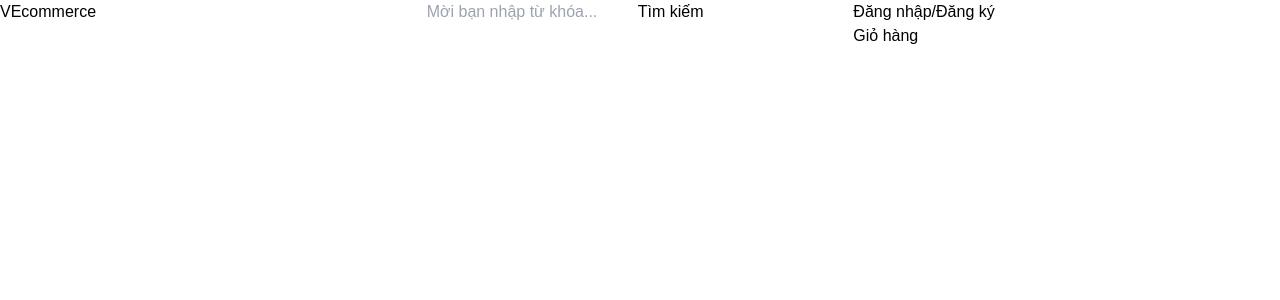
Repository: thienthanhvinh/VEcommerce
Page: public/home.html
An editor plug-in stored every save of this project. The page is shown before and after a run of saves, followed by the edit.
The browser window is 1280 px wide. The pictures show the whole page.

Above is the page before, as saved 2022-11-18 12:47:11.

### public/home.html
<!DOCTYPE html>
<html lang="en">
  <head>
    <meta charset="UTF-8" />
    <meta http-equiv="X-UA-Compatible" content="IE=edge" />
    <meta name="viewport" content="width=device-width, initial-scale=1.0" />
    <title>VEcommerce</title>
    <link rel="stylesheet" href="./css/tailwind.css" />
    <link rel="preconnect" href="https://fonts.googleapis.com" />
    <link rel="preconnect" href="https://fonts.gstatic.com" crossorigin />
    <link
      href="https://fonts.googleapis.com/css2?family=Poppins:wght@300;400;500;600;700&display=swap"
      rel="stylesheet"
    />
  </head>
  <body>
    <div class="grid grid-cols-3">
      <div>
        <h3>VEcommerce</h3>
      </div>
      <div>
        <input
          type="search"
          id=""
          name=""
          placeholder="Mời bạn nhập từ khóa..."
        />
        <a href="">Tìm kiếm</a>
      </div>

      <div>
        <div>
            <ion-icon name="person-outline"></ion-icon>
            <p>Đăng nhập/Đăng ký</p>
        </div>

        <div>
            <ion-icon name="cart-outline"></ion-icon>
            <p>Giỏ hàng</p>
      </div>
    </div>
  </body>
</html>

Loaded but not shown: public/css/tailwind.css (library)

After the next 2 saves:
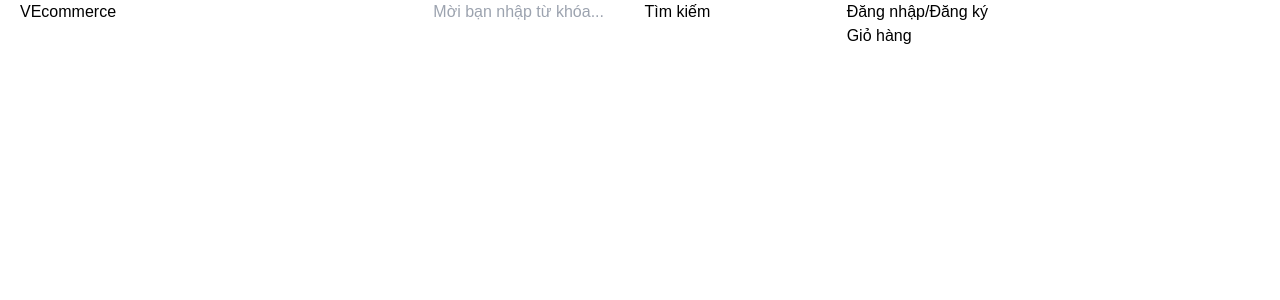
The 2 saves are shown as one change because they came seconds apart.
The last was saved 19 s later.
--- a/public/home.html
+++ b/public/home.html
@@ -14,7 +14,7 @@
     />
   </head>
   <body>
-    <div class="grid grid-cols-3">
+    <div class="grid grid-cols-3 px-5 py-10">
       <div>
         <h3>VEcommerce</h3>
       </div>

After the 2 saves that followed:
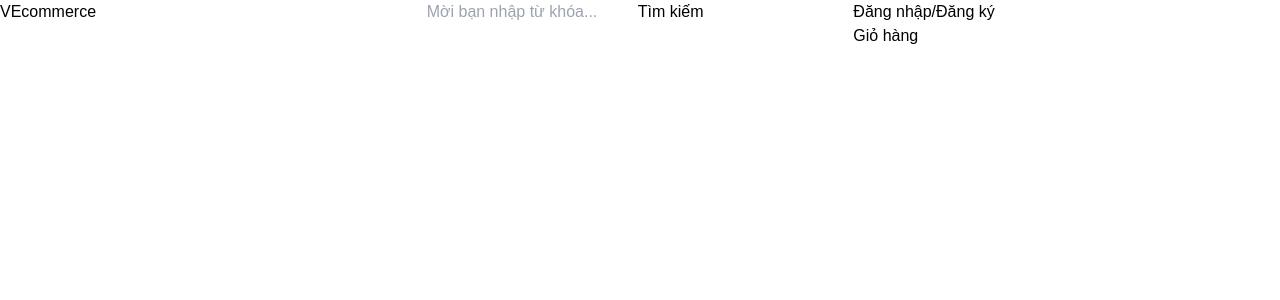
The 2 saves are shown as one change because they came seconds apart.
The last was saved 7 s later.
--- a/public/home.html
+++ b/public/home.html
@@ -14,7 +14,7 @@
     />
   </head>
   <body>
-    <div class="grid grid-cols-3 px-5 py-10">
+    <div class="grid grid-cols-3 px-20 py-10">
       <div>
         <h3>VEcommerce</h3>
       </div>
